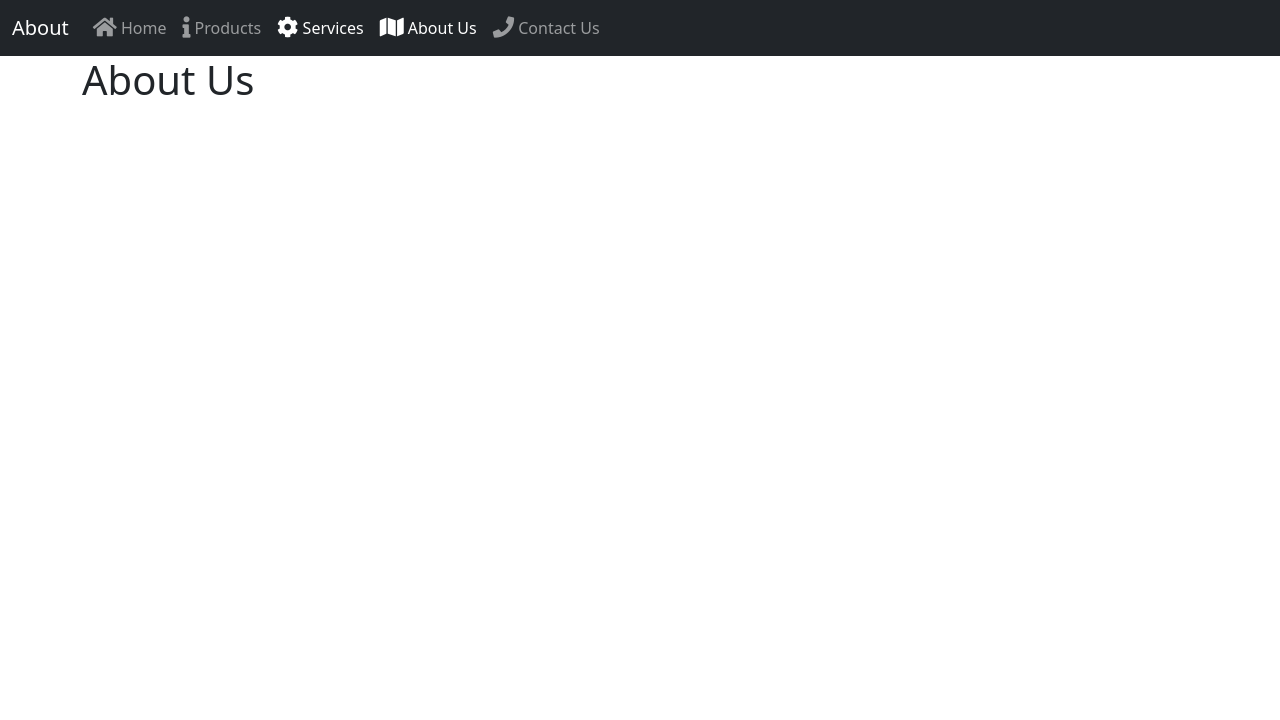
Repository: deividwsantoss/web6201-Lab1
Page: about.html
These files come from the project's save history. The page is drawn as it stood at one moment and after the next save; the edit follows.
The browser window is 1280 px wide. The pictures show the whole page.

Above is the page before, as saved 2021-02-02 17:44:49.

After the next save:
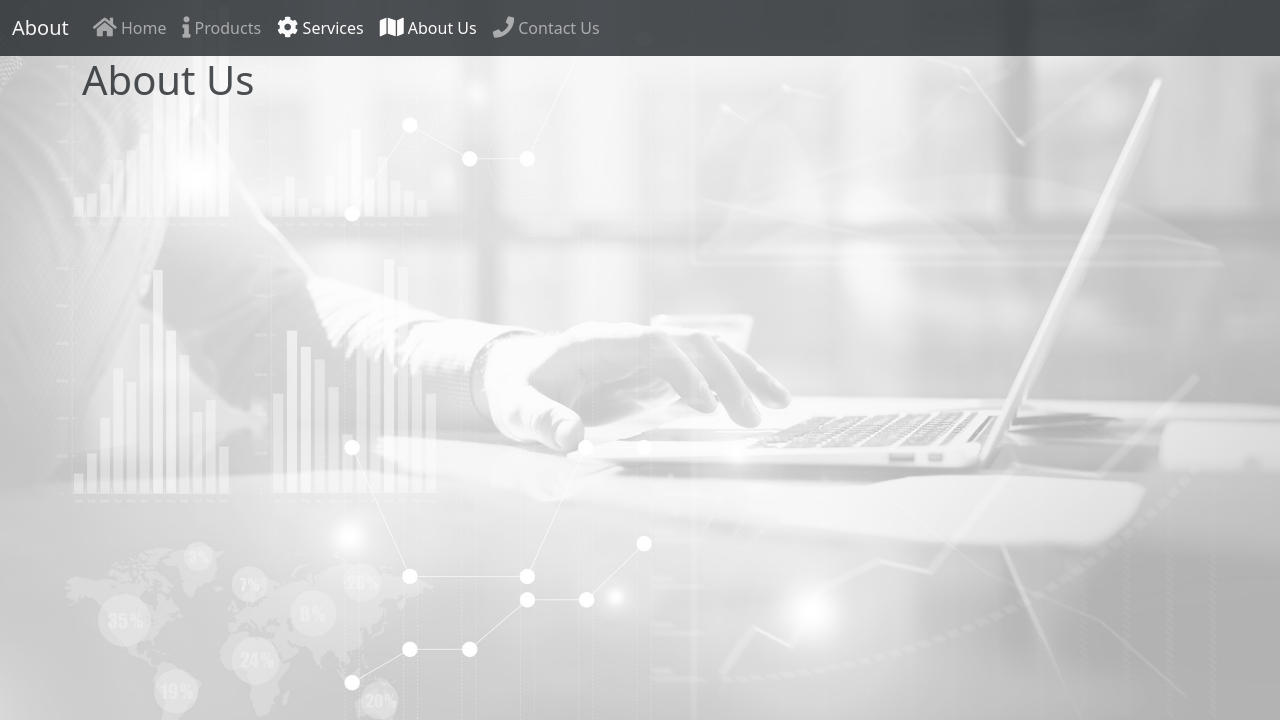
Saved 47 s later.
--- a/about.html
+++ b/about.html
@@ -10,7 +10,7 @@
 <link rel="stylesheet" href="./node_modules/@fortawesome/fontawesome-free/css/all.min.css">
 <link rel="stylesheet" href="./Content/app.css">
 
-<body>
+<body class="aboutus">
     <!-- Main Header-->
     <header>
         <nav class="navbar navbar-expand-lg navbar-dark bg-dark">
